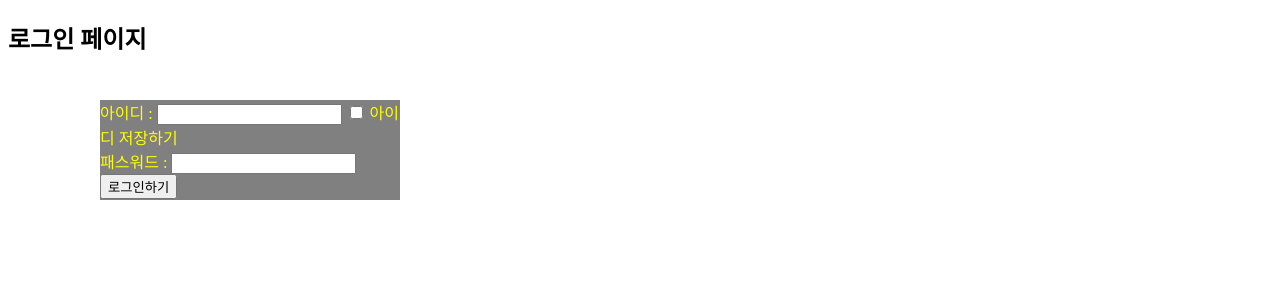
Repository: Park-Dongheon/Servlet-JSP_Training
Page: http://localhost/MustHaveJSP/05JDBC/IdSaveMain.jsp
The author's editor kept a copy of each file at every save. The page is drawn from the files as they stood at one save, then again after the next save.
The browser window is 1280 px wide. The pictures show the whole page.
The page is served by Tomcat 10. Other server files are loaded and not shown.

Above is the page before, as saved 2024-06-13 07:26:32.

### MustHaveJSP/src/main/webapp/05JDBC/IdSaveMain.jsp
<%@ page import="utils.CookieManager" %>
<%@ page language="java" contentType="text/html; charset=UTF-8"
    pageEncoding="UTF-8"%>
<%
String loginId = CookieManager.readCookie(request, "loginId");

String cookieCheck = "";
if (!loginId.equals("")) {
	cookieCheck = "checked";
}
%>
<!DOCTYPE html>
<html>
<head>
<meta charset="UTF-8">
<title>Cookie - 아이디 저장하기</title>
<style>
	form {
		position: absolute; top:100px; left:100px; color:yellow;
		width:300px; height:100px; background-color:gray;
	}
</style>
</head>
<body>
	<h2>로그인 페이지</h2>
	<form action="IdSaveProcess.jsp" method="post">
	아이디 : <input type="text" name="user_id" value="<%= loginId %>" />
		<input type="checkbox" name="save_check" value="Y" <%= cookieCheck %> />
		아이디 저장하기
	<br />
	패스워드 : <input type="text" name="user_pw" />
	<br />
	<input type="submit" value="로그인하기" />
	</form>
</body>
</html>

### MustHaveJSP/src/main/java/utils/CookieManager.java
package utils;

import jakarta.servlet.http.Cookie;
import jakarta.servlet.http.HttpServletRequest;
import jakarta.servlet.http.HttpServletResponse;

public class CookieManager {
	// 명시한 이름, 값, 유지 기간 조건으로 새로운 쿠키를 생성합니다.
	public static void makeCookie(HttpServletResponse response, String cName, String cValue, int cTime) {
		Cookie cookie = new Cookie(cName, cValue);		// 쿠키 생성
		cookie.setPath("/");			// 경로 설정
		cookie.setMaxAge(cTime);		// 유지 기간 설정
		response.addCookie(cookie);		// 응답 객체에 추가
	}

	// 명시한 이름의 쿠키를 찾아 그 값을 반환합니다.
	public static String readCookie(HttpServletRequest request, String cName) {
		String cookieValue = "";		// 반환 값

		Cookie[] cookies = request.getCookies();
		if (cookies != null) {
			for (Cookie c : cookies) {
				String cookieName = c.getName();
				if (cookieName.equals(cName)) {
					cookieValue = c.getValue();		// 반환 값 갱신
				}
			}
		}
		return cookieValue;
	}

	// 명시한 이름의 쿠키를 삭제합니다.
	public static void deleteCookie(HttpServletResponse response, String cName) {
		makeCookie(response, cName, "", 0);
	}

}

After the next save:
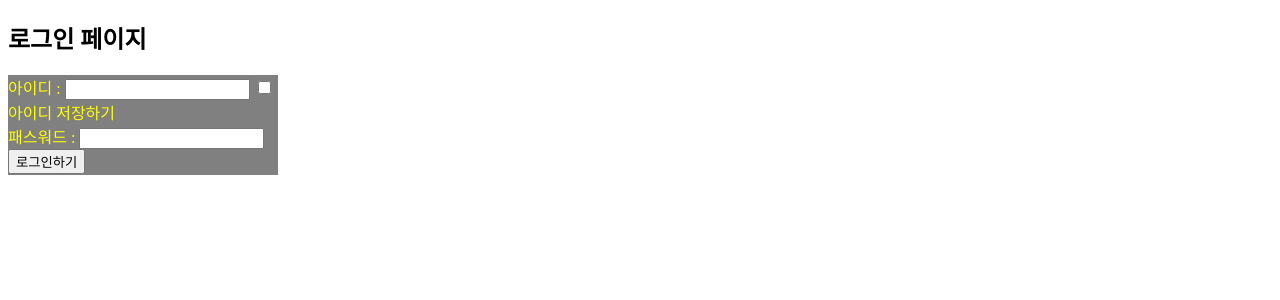
Saved 59 s later.
--- a/MustHaveJSP/src/main/webapp/05JDBC/IdSaveMain.jsp
+++ b/MustHaveJSP/src/main/webapp/05JDBC/IdSaveMain.jsp
@@ -16,8 +16,8 @@ if (!loginId.equals("")) {
 <title>Cookie - 아이디 저장하기</title>
 <style>
 	form {
-		position: absolute; top:100px; left:100px; color:yellow;
-		width:300px; height:100px; background-color:gray;
+		position: ; top:100px; left:100px; color:yellow;
+		width:270px; height:100px; background-color:gray;
 	}
 </style>
 </head>
